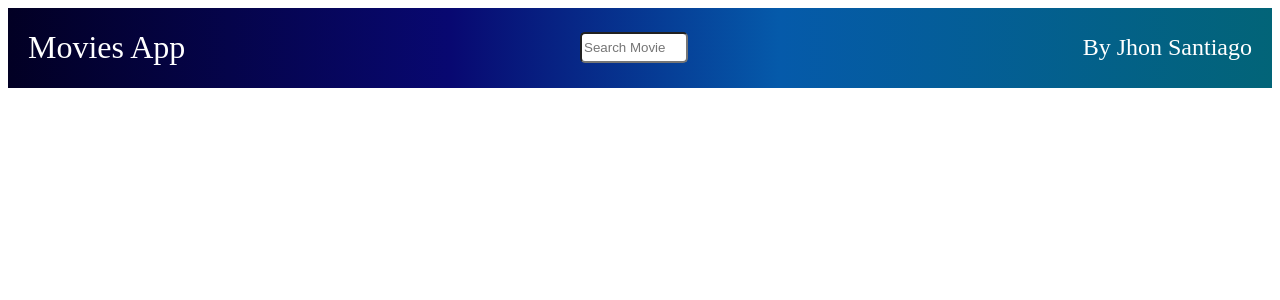
Repository: jhonenmanuel1/movies-get-info-fetch
Page: /
The author's editor kept a copy of each file at every save. The page is drawn from the files as they stood at one save, then again after the next save.
The browser window is 1280 px wide. The pictures show the whole page.
The page's requests for data from a server got no answer. The project was rebuilt for these pictures with package versions that can differ from the ones it lists, and the page was loaded fresh each time. No one was signed in, and anything a server would have sent is missing. Also part of the build but not shown: src/App.css.

Above is the page before, as saved 2022-06-15 22:41:05.

After the next save:
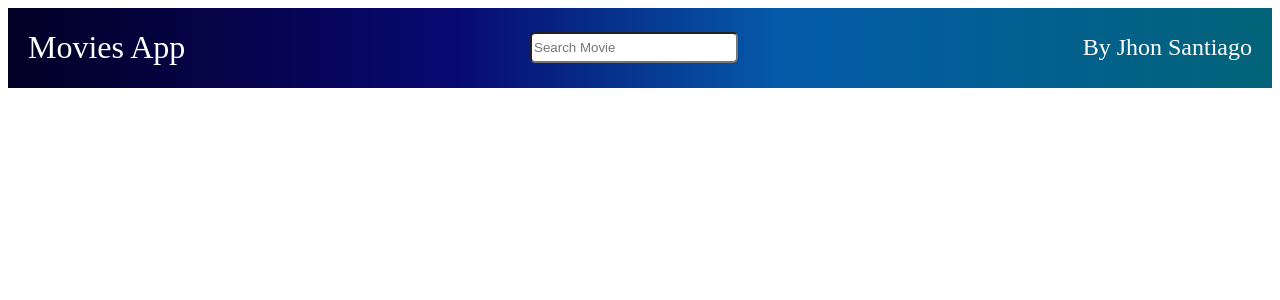
Saved 4 s later.
--- a/src/styles/searchbox.css
+++ b/src/styles/searchbox.css
@@ -1,5 +1,5 @@
 .search-input {
     border-radius: 5px;
     height: 25px;
-    width: 100px;
+    width: 200px;
 }
